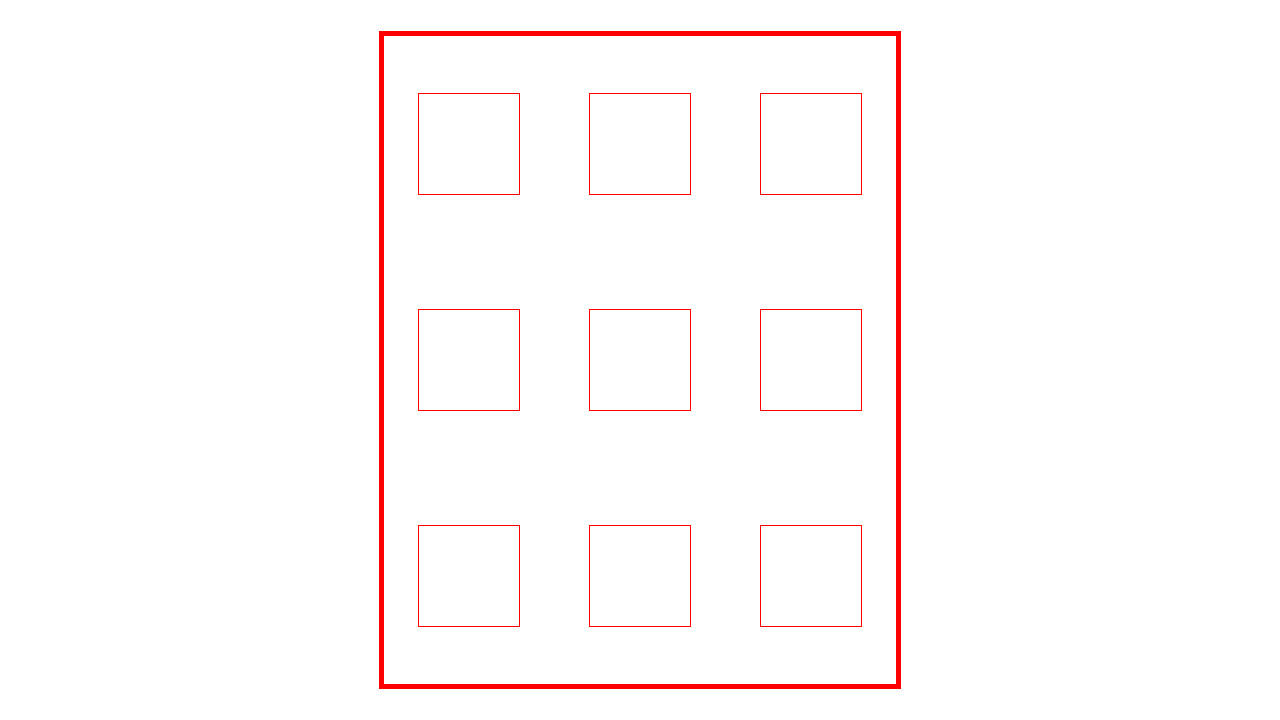
Repository: kocokoy/TOP-tic-tac-toe
Page: index.html
These files come from the project's save history. The page is drawn as it stood at one moment and after the next save; the edit follows.
The browser window is 1280 px wide. The pictures show the whole page.

Above is the page before, as saved 2024-11-07 14:46:57.

### index.html
<!DOCTYPE html>
<html lang="en">
<head>
  <meta charset="UTF-8">
  <meta name="viewport" content="width=device-width, initial-scale=1.0">
  <link rel="stylesheet" href="/styles/style.css">
  <title>Document</title>
</head>
<body>
 <div class='container'>
  <div class="gameboard">

  </div>
 </div>
<script src="/javascripts/scripts.js"></script>
</body>
</html>

### styles/style.css
body{
  padding: 0;
  margin: 0;
  height: 100vh;
  font-family: Arial, Helvetica, sans-serif;
}
.container{
  height:100%;
  display: flex;
  justify-content: center;
  align-items: center;
}
.gameboard{
  display: grid;
  grid-template-columns: 1fr 1fr 1fr;
  justify-items: center;
  align-items: center;
  border: 5px solid red;
  width: 40%;
  height: 90%;
}
.gameboard div{
  border: 1px solid red;
  height: 100px;
  width: 100px;
  cursor: pointer;
  color: tomato;
  display: flex;
  justify-content: center;
  align-items: center;
  font-size: 10rem;
}

### javascripts/scripts.js
const gameBoardElement = document.querySelector('.gameboard');

const gameBoard = {
  gameBoard : ['','','','','','','','','']
}
const players = {
  player1: 'X',
  player2: 'O',
}

startGame();

function startGame(){
  createGameBoard();
  gameBoardBoxClicked();
}

function createGameBoard(){
  for(let i = 0; i < 9; i++){
    const div = document.createElement('div');
    div.setAttribute('data-id',i);
    gameBoardElement.appendChild(div);
  }
}

function gameBoardBoxClicked(){
  gameBoardElement.addEventListener('click', (e) => {
    const boxClicked = e.target;
    boxClicked.textContent = 'X'
  })
}

After the next save:
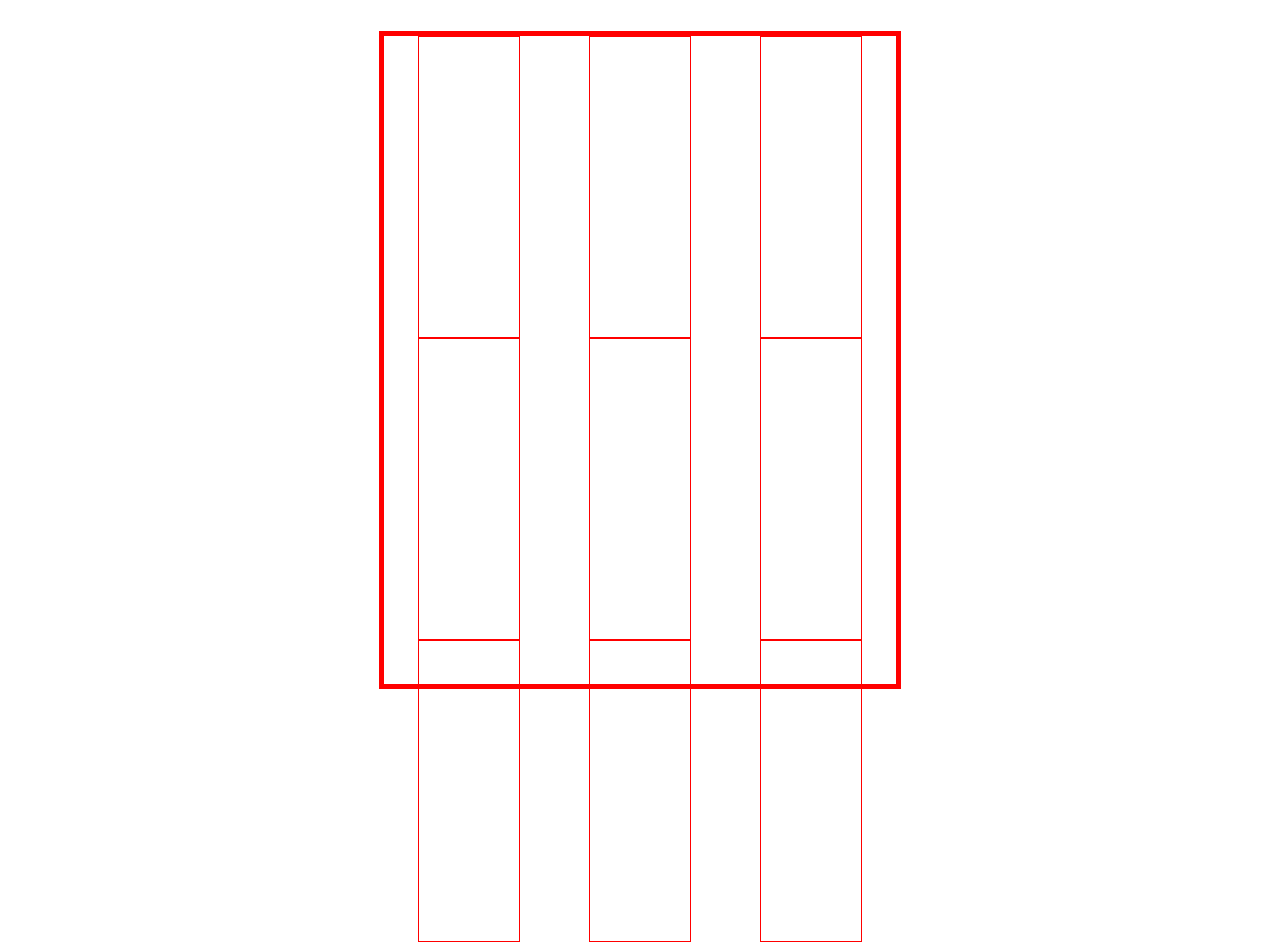
Saved 10 s later.
--- a/styles/style.css
+++ b/styles/style.css
@@ -21,7 +21,7 @@ body{
 }
 .gameboard div{
   border: 1px solid red;
-  height: 100px;
+  height: 300px;
   width: 100px;
   cursor: pointer;
   color: tomato;
